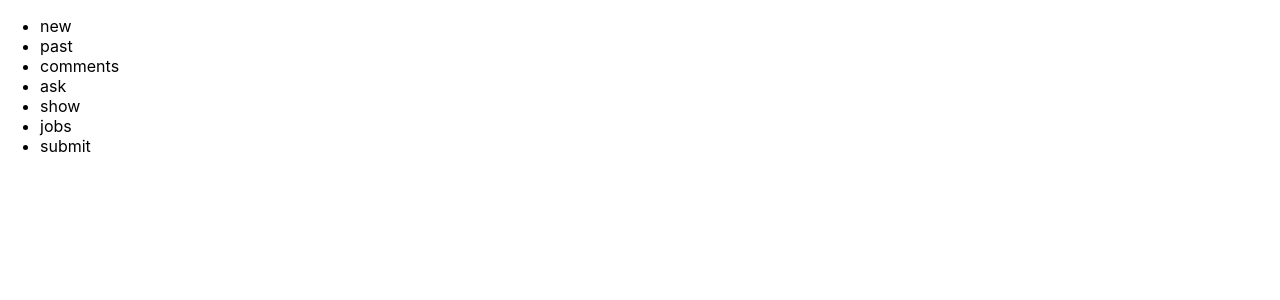
Repository: drking445/Hacker-News
Page: / (app in news/)
The author's editor kept a copy of each file at every save. The page is drawn from the files as they stood at one save, then again after the next save.
The browser window is 1280 px wide. The pictures show the whole page.
The page's requests for data from a server got no answer. The project was rebuilt for these pictures with package versions that can differ from the ones it lists, and the page was loaded fresh each time. No one was signed in, and anything a server would have sent is missing. Also part of the build but not shown: news/src/App.css, news/src/App.js.

Above is the page before, as saved 2019-05-22 18:25:47.

### news/src/index.js
import React from "react";
import ReactDOM from "react-dom";
import "./index.css";
import App from "./App";
import Stories from "./Stories/index";
import * as serviceWorker from "./serviceWorker";

ReactDOM.render(<Stories />, document.getElementById("root"));

// If you want your app to work offline and load faster, you can change
// unregister() to register() below. Note this comes with some pitfalls.
// Learn more about service workers: https://bit.ly/CRA-PWA
serviceWorker.unregister();

### news/src/Stories/index.jsx
import React from "react";

class newStories extends React.Component {
  constructor(props) {
    super(props);
    this.state = {
      error: null,
      isLoaded: false,
      items: []
    };
  }

  componentDidMount() {
    fetch("https://api.example.com/items")
      .then(res => res.json())
      .then(
        result => {
          this.setState({
            isLoaded: true,
            items: result.items
          });
        },
        // Note: it's important to handle errors here
        // instead of a catch() block so that we don't swallow
        // exceptions from actual bugs in components.
        error => {
          this.setState({
            isLoaded: true,
            error
          });
        }
      );
  }
  render() {
    const navStyle = {
      display: "flex",
      flexDirection: "row",
      flexWrap: "wrap",
      justifyContent: "space-between"
    };

    const listStyle = {
      listStyle: "none",
      display: "inline-block"
    };
    return (
      <div>
        <ul style={{ navStyle }}>
          <li>new</li>
          <li>past</li>
          <li>comments</li>
          <li>ask</li>
          <li>show</li>
          <li>jobs</li>
          <li>submit</li>
        </ul>
      </div>
    );
  }
}
export default newStories;

Loaded but not shown: news/public/index.html (common file); news/src/index.css (common file); news/src/serviceWorker.js (common file)

After the next save:
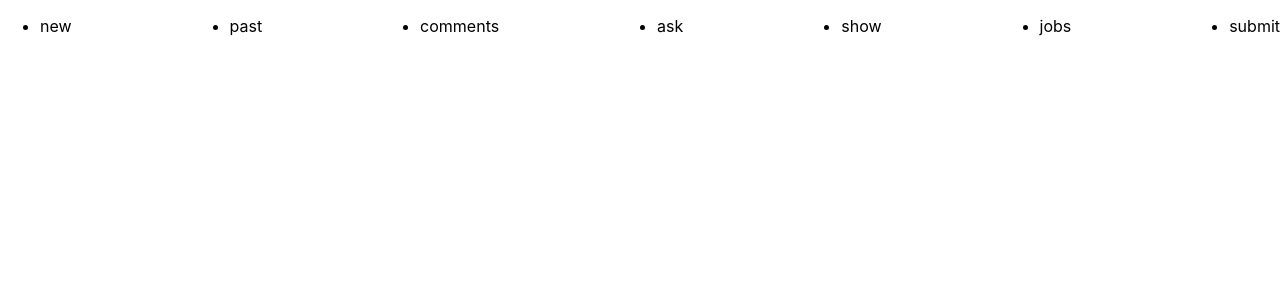
Saved 52 s later.
--- a/news/src/Stories/index.jsx
+++ b/news/src/Stories/index.jsx
@@ -45,7 +45,14 @@
     };
     return (
       <div>
-        <ul style={{ navStyle }}>
+        <ul
+          style={{
+            display: "flex",
+            flexDirection: "row",
+            flexWrap: "wrap",
+            justifyContent: "space-between"
+          }}
+        >
           <li>new</li>
           <li>past</li>
           <li>comments</li>
